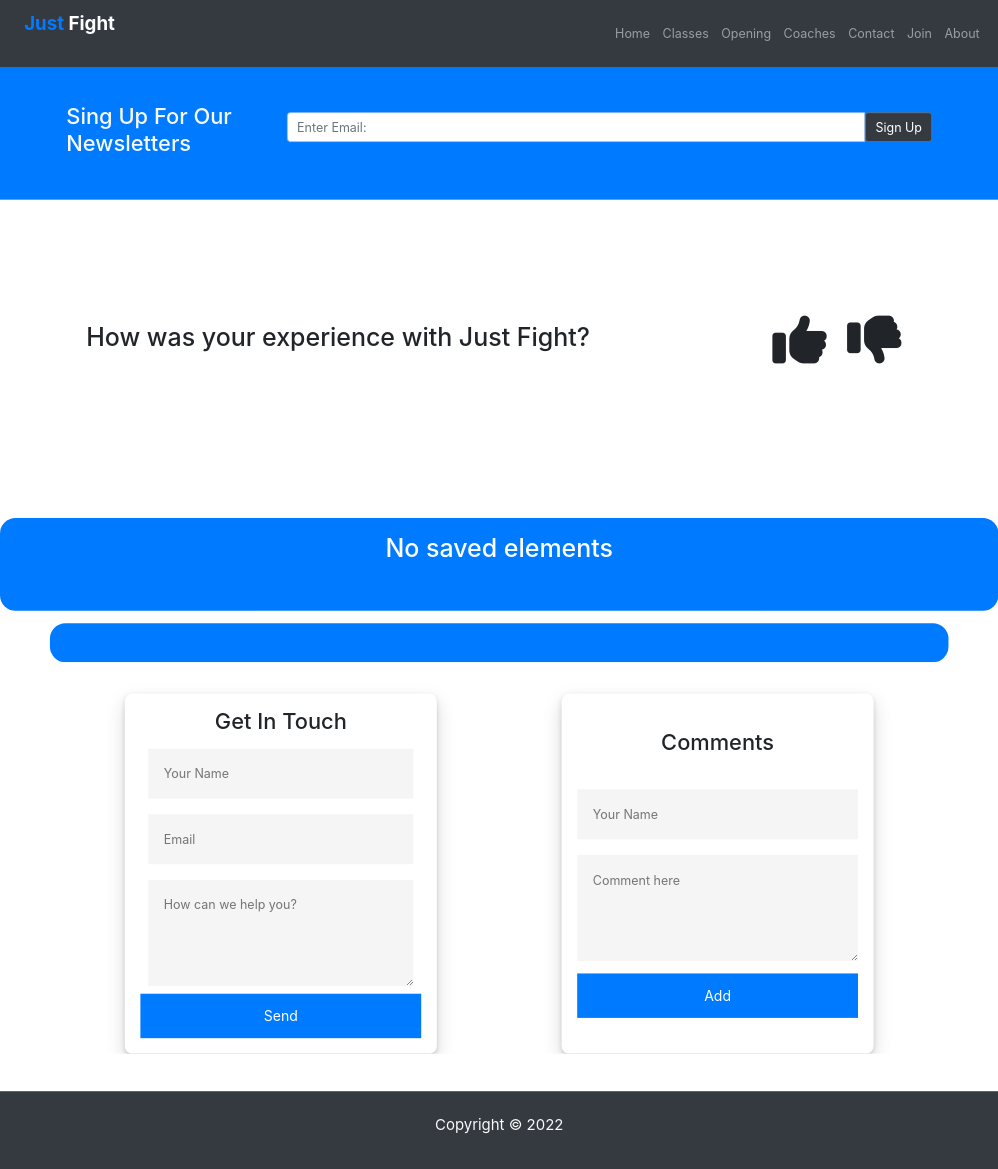
Repository: IonPara/Just-Fight
Page: review.html
These files come from the project's save history. The page is drawn as it stood at one moment and after the next save; the edit follows.
The browser window is 1280 px wide. The pictures show the whole page, at 78% of full size.
Some web libraries are served in a nearby version.

Above is the page before, as saved 2023-03-13 17:00:05.
Console error: ReferenceError: emailjs is not defined

After the next save:
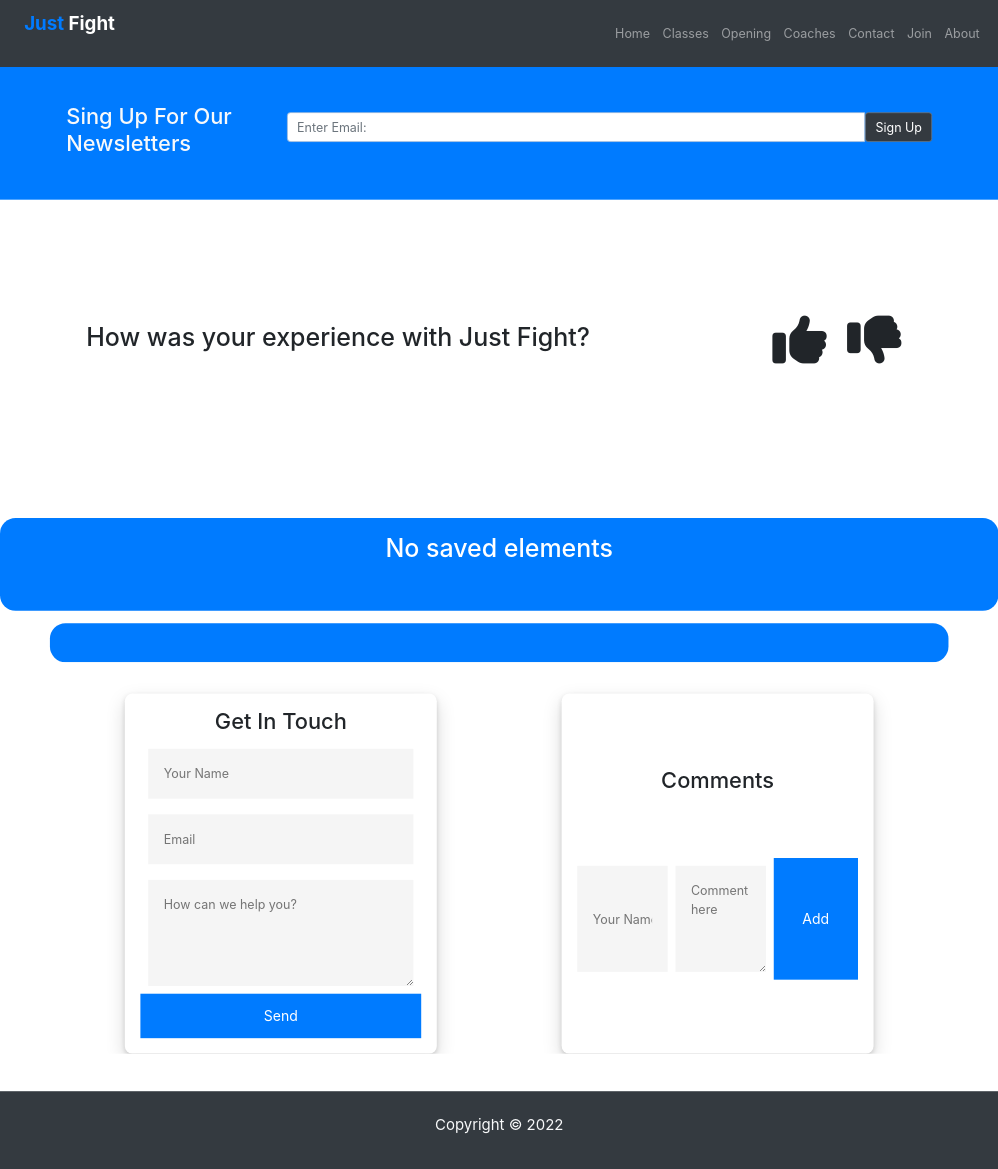
Saved 31 s later.
--- a/review.html
+++ b/review.html
@@ -160,7 +160,7 @@
       <!-- Comments form -->
       <form class="comments">
         <h3 class="text-center">Comments</h3>
-        <div>
+        <div class="d-flex jusify-evenly">
           <input class="w-100 ml-0" type="text" name="name" placeholder="Your Name" id="name">
           <textarea id="comment" class='comment ml-0' name="message" rows="4" placeholder="Comment here"></textarea>
           <button type="button" class="btn-primary w-100"
